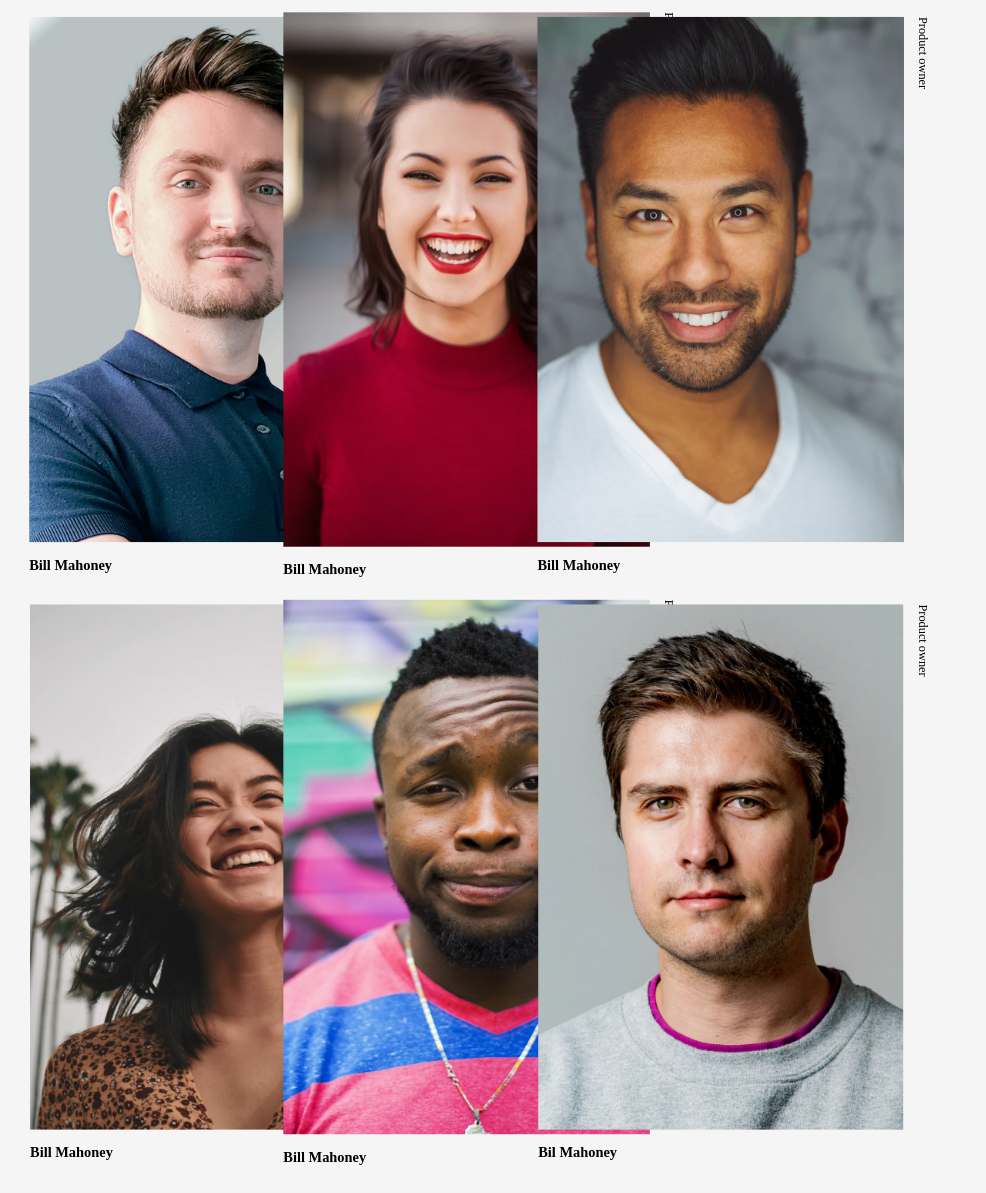
Repository: georgisenze/my-team-page-challeng
Page: index.html
The author's editor kept a copy of each file at every save. The page is drawn from the files as they stood at one save, then again after the next save.
The browser window is 1280 px wide. The pictures show the whole page, at 77% of full size.

Above is the page before, as saved 2023-02-22 22:22:09.

After the next save:
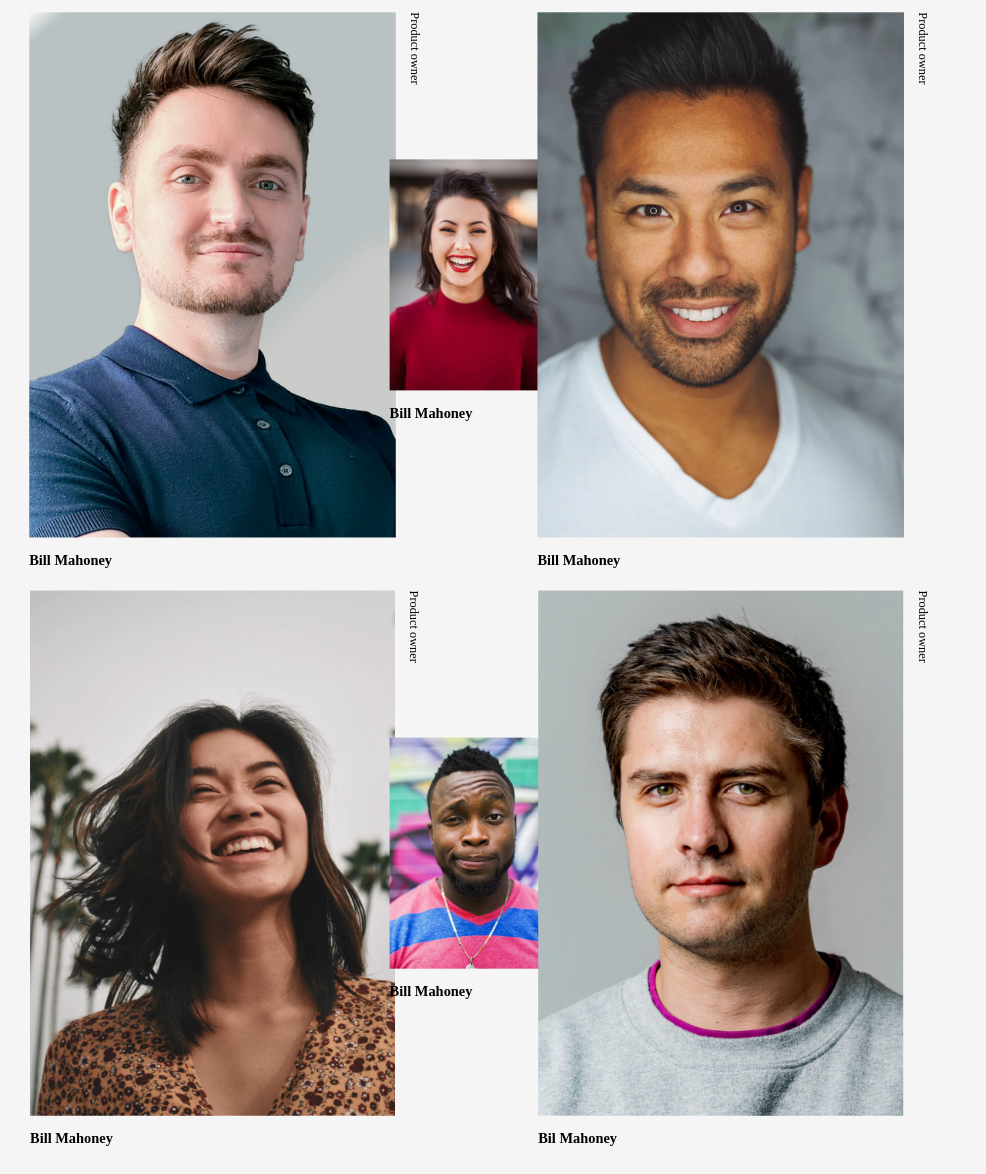
Saved 5 s later.
--- a/assets/css/style.css
+++ b/assets/css/style.css
@@ -18,7 +18,7 @@
     padding: 1em;
   }
 
-  .
+  .box-centre
 
   img {
     width: 200px;
